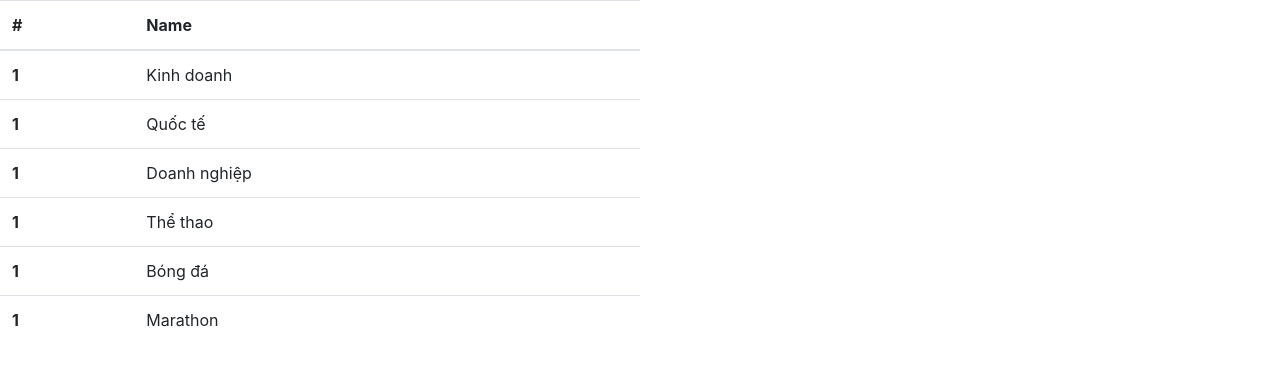
Repository: anhtu2110/backend
Page: http://localhost/backend/section-30_part_2/index.php
An editor plug-in stored every save of this project. The page is shown before and after the next save, followed by the edit.
The browser window is 1280 px wide. The pictures show the whole page.
The page is run by PHP 8.4 with error messages shown; the project is at /var/www/html/.

Above is the page before, as saved 2022-12-06 16:26:30.

After the next save:
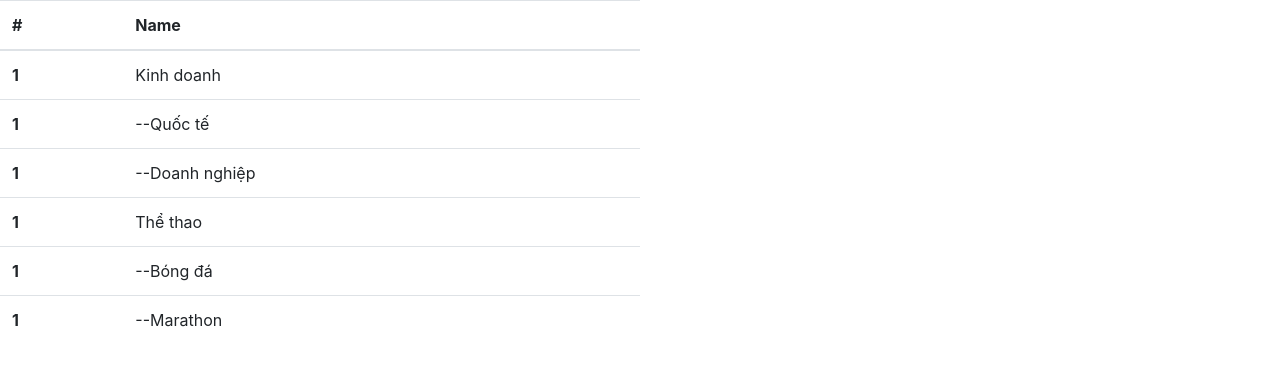
Saved 38 s later.
--- a/section-30_part_2/index.php
+++ b/section-30_part_2/index.php
@@ -130,7 +130,7 @@ $result = data_tree($data);
             ?>
                 <tr>
                     <th scope="row">1</th>
-                    <td><?php echo $item['name'] ?></td>
+                    <td><?php echo str_repeat('--', $item['level']) . $item['name'] ?></td>
                 </tr>
             <?php
             }
